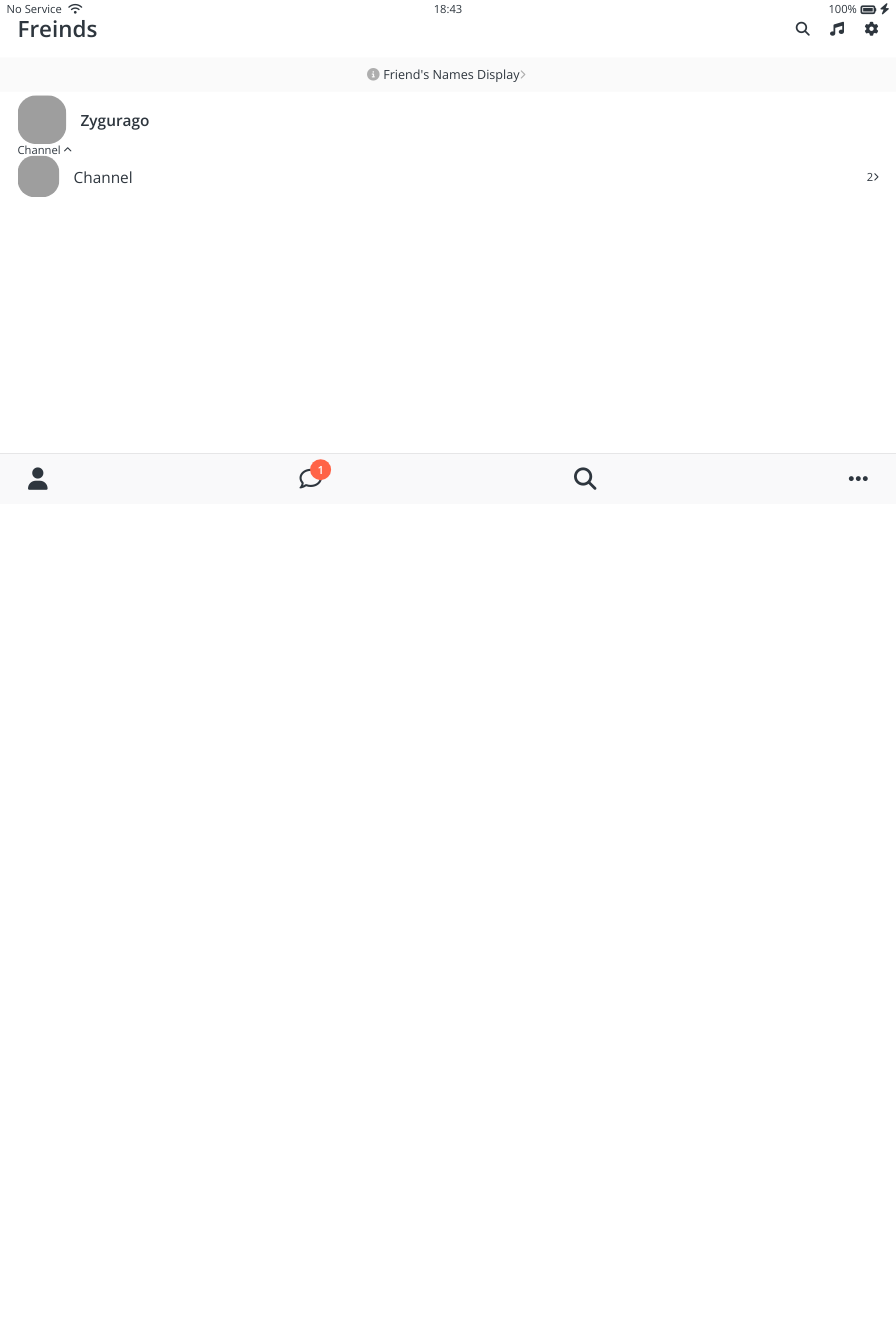
Repository: mocusura12/kokoa-clone-2020
Page: friends.html
An editor plug-in stored every save of this project. The page is shown before and after the next save, followed by the edit.
The browser window is 1280 px wide. The pictures show the part of the page from y = 0 to 1920 px (the page is 7200 px tall), at 70% of full size.
Pictures or frames that could not be fetched are drawn as grey boxes. Some web libraries are served in a nearby version.

Above is the page before, as saved 2022-02-23 22:40:31.

### friends.html
<!DOCTYPE html>
<html lang="en">
  <head>
    <link rel="stylesheet" href="css/styles.css" />
    <meta charset="UTF-8" />
    <meta http-equiv="X-UA-Compatible" content="IE=edge" />
    <meta name="viewport" content="width=device-width, initial-scale=1.0" />
    <title>Friends - Kokoa Clone</title>
  </head>
  <body>
    <div class="status-bar">
      <div class="status-bar__column">
        <span>No Service</span>
        <i class="fas fa-wifi"></i>
      </div>
      <div class="status-bar__column">
        <span>18:43</span>
      </div>
      <div class="status-bar__column">
        <span>100%</span>
        <i class="fas fa-battery-full fa-lg"></i>
        <i class="fas fa-bolt"></i>
      </div>
    </div>
    <header class="screen-header">
      <h1 class="screen-header__title">Freinds</h1>
      <div class="screen-header__icons">
        <span><i class="fas fa-search fa-lg"></i></span>
        <span><i class="fas fa-music fa-lg"></i></span>
        <span><i class="fas fa-cog fa-lg"></i></span>
      </div>
    </header>

    <a id="friends-display-link">
      <i class="fas fa-info-circle"></i>Friend's Names Display<i
        class="fas fa-chevron-right fa-xs"
      ></i>
    </a>

    <main class="friends-screen">
      <div class="user-component">
        <div class="user-component__column">
          <img
            src="https://avatars.githubusercontent.com/u/3612017"
            class="user-component__avatar"
          />
          <div class="user-component__text">
            <h4 class="user-component__title">Zygurago</h4>
            <!--<h6 class="user-component__subtitle">this text whatever</h6>-->
          </div>
        </div>
        <div class="user-component__column"></div>
      </div>
      <div class="friends-screen__channel">
        <div class="friends-screen__channel-header">
          <span>Channel</span>
          <i class="fas fa-chevron-up fa-xs"></i>
        </div>
        <div class="user-component">
          <div class="user-component__column">
            <img
              src="https://avatars.githubusercontent.com/u/3612017"
              class="user-component__avatar user-component__avatar--sm"
            />
            <div class="user-component__text">
              <h4 class="user-component__title user-component__title--not-bold">
                Channel
              </h4>
              <!--<h6 class="user-component__subtitle">this text whatever</h6>-->
            </div>
          </div>
          <div class="user-component__column">
            <span>2</span><i class="fas fa-chevron-right fa-xs"></i>
          </div>
        </div>
      </div>
    </main>

    <nav class="nav">
      <ul class="nav__list">
        <li class="nav__btn">
          <a class="nav__link" href="friends.html"
            ><i class="fas fa-user fa-2x"></i
          ></a>
        </li>
        <li class="nav__btn">
          <a class="nav__link" href="#">
            <span class="nav__notification">1</span>
            <i class="far fa-comment fa-2x"></i>
          </a>
        </li>
        <li class="nav__btn">
          <a class="nav__link" href="#"><i class="fas fa-search fa-2x"></i></a>
        </li>
        <li class="nav__btn">
          <a class="nav__link" href="#"
            ><i class="fas fa-ellipsis-h fa-2x"></i
          ></a>
        </li>
      </ul>
    </nav>

    <script
      src="https://kit.fontawesome.com/6478f529f2.js"
      crossorigin="anonymous"
    ></script>
  </body>
</html>

### css/styles.css
@import url("https://fonts.googleapis.com/css2?family=Open+Sans:wght@400;600&display=swap");
@import "reset.css";
@import "variables.css";
/*Components*/
@import "components/status-bar.css";
@import "components/nav-bar.css";
@import "components/screen-header.css";
@import "components/user-component.css";
/*Screens*/
@import "screens/login.css";
@import "screens/friends.css";

body {
  font-family: "Open Sans", sans-serif;
  height: 1000vh;
  color: #2e363e;
}

### css/components/status-bar.css
.status-bar {
  position: fixed;
  top: 0;
  width: 100%;
  display: flex;
  justify-content: center;
  padding: 5px 3px;
  box-sizing: border-box;
}

.status-bar__column {
  width: 33%;
}

.status-bar__column:first-child span {
  margin-right: 5px;
}

.status-bar__column:nth-child(2) {
  display: flex;
  justify-content: center;
}

.status-bar__column:last-child {
  display: flex;
  justify-content: flex-end;
  align-items: center;
}

.status-bar__column .fa-battery-full {
  margin: 0px 5px;
}

### css/components/nav-bar.css
.nav {
  position: fixed;
  bottom: 0;
  width: 100%;
  background-color: #f9f9fa;
  padding: 20px 40px;
  box-sizing: border-box;
  border-top: 1px solid rgba(121, 121, 121, 0.3);
}

.nav__list {
  display: flex;
  justify-content: space-between;
}

.nav__link {
  position: relative;
  color: #2e363e;
}

.nav__notification {
  background-color: tomato;
  width: 30px;
  height: 30px;
  border-radius: 15px;
  display: flex;
  justify-content: center;
  align-items: center;
  color: white;
  font-weight: 600;
  position: absolute;
  left: 15px;
  bottom: 15px;
}

### css/components/user-component.css
.user-component {
  justify-content: space-between;
}

.user-component,
.user-component__column:first-child {
  display: flex;
  align-items: center;
}

.user-component__avatar {
  width: 70px;
  height: 70px;
  border-radius: 27px;
  margin-right: 20px;
}

.user-component__title {
  font-weight: 600;
  font-size: 22px;
}

.user-component__subtitle {
  margin-top: 8px;
  font-size: 17px;
  color: rgba(0, 0, 0, 0.5);
}

.user-component__avatar--xl {
  width: 80px;
  height: 80px;
  border-radius: 30px;
  margin-right: 20px;
}

.user-component__avatar--sm {
  width: 60px;
  height: 60px;
  border-radius: 25px;
}

.user-component__title--not-bold {
  font-weight: 400;
}

### css/screens/login.css
.welcome-header {
  margin: 90px 0px;
  text-align: center;
  display: flex;
  flex-direction: column;
  align-items: center;
  font-weight: 600;
}

.welcome-header__title {
  margin-bottom: 30px;
  font-size: 25px;
}

.welcome-header__text {
  width: 60%;
  opacity: 0.7;
}

#login-form {
  display: flex;
  flex-direction: column;
  margin: 0px 30px;
}

#login-form input {
  border: none;
  padding: 15px 0px;
  font-size: 18px;
  margin-bottom: 25px;
}

#login-form input:not([type="submit"]) {
  border-bottom: 1px solid rgba(0, 0, 0, 0.2);
  transition: border-color 0.3s ease-in-out;
}

#login-form input::placeholder {
  color: rgba(0, 0, 0, 0.4);
}

#login-form input:focus {
  border-color: var(--yellow);
}

#login-form input[type="submit"] {
  background-color: var(--yellow);
  cursor: pointer;
  padding: 20px 0px;
  border-radius: 5px;
}

#login-form a {
  text-align: center;
  text-decoration: none;
  color: inherit;
  font-size: 13px;
}

### css/screens/friends.css
#friends-display-link {
  text-align: center;
  display: block;
  background-color: #fafafa;
  padding: 15px 0px;
  font-size: 18px;
  margin-bottom: 5px;
}

#friends-display-link i {
  color: rgba(0, 0, 0, 0.3);
  margin-right: 5px;
}

.friends-screen {
  padding: 0px var(--horizontal-space);
}

Loaded but not shown: css/reset.css (common file); css/variables.css (common file); css/components/screen-header.css (common file)

After the next save:
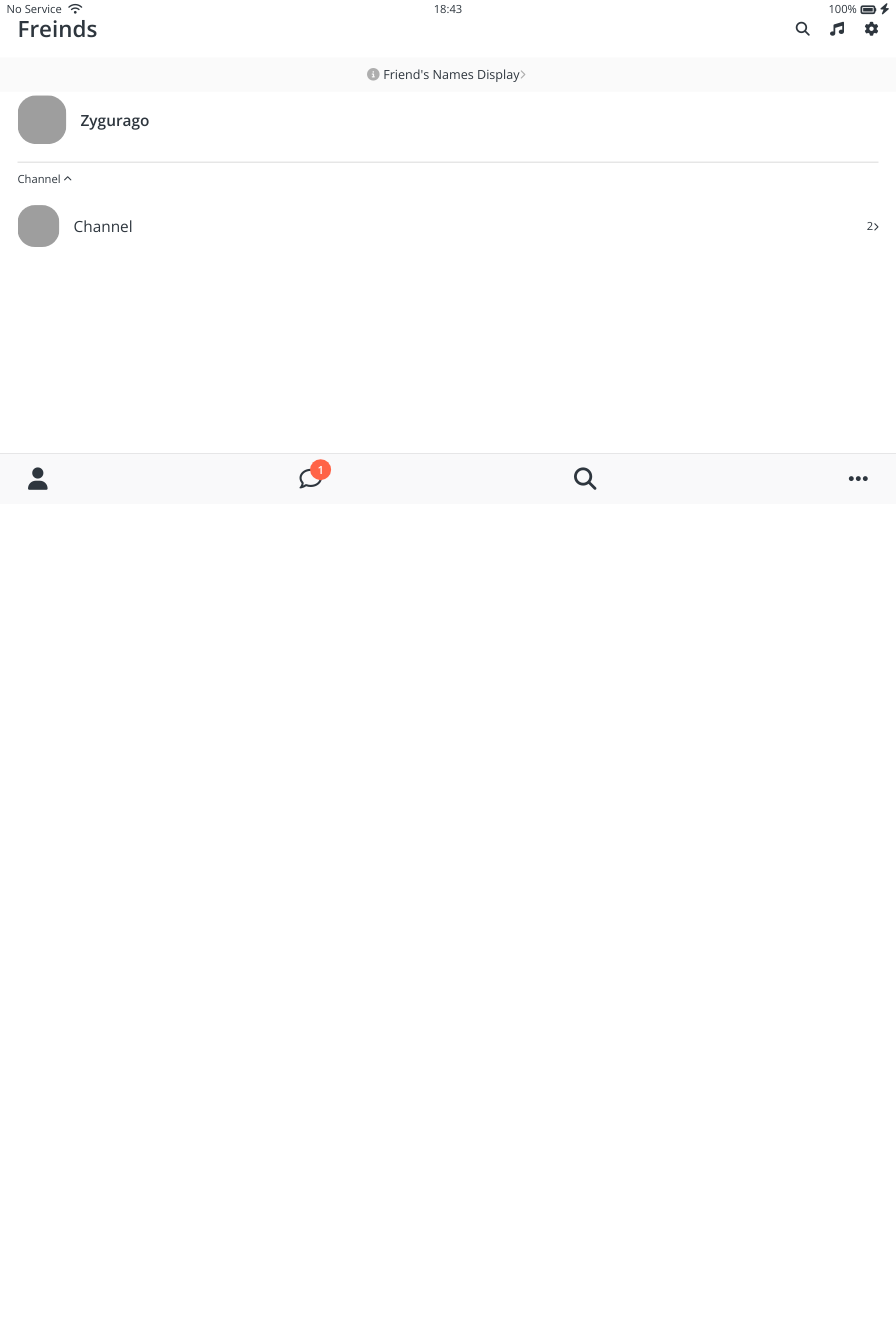
Saved 2 min 45 s later.
--- a/css/screens/friends.css
+++ b/css/screens/friends.css
@@ -15,3 +15,13 @@
 .friends-screen {
   padding: 0px var(--horizontal-space);
 }
+
+.friends-screen__channel {
+  margin-top: 25px;
+  border-top: 1px solid rgba(0, 0, 0, 0.2);
+  padding-top: 15px;
+}
+
+.friends-screen__channel-header {
+  margin-bottom: 30px;
+}
